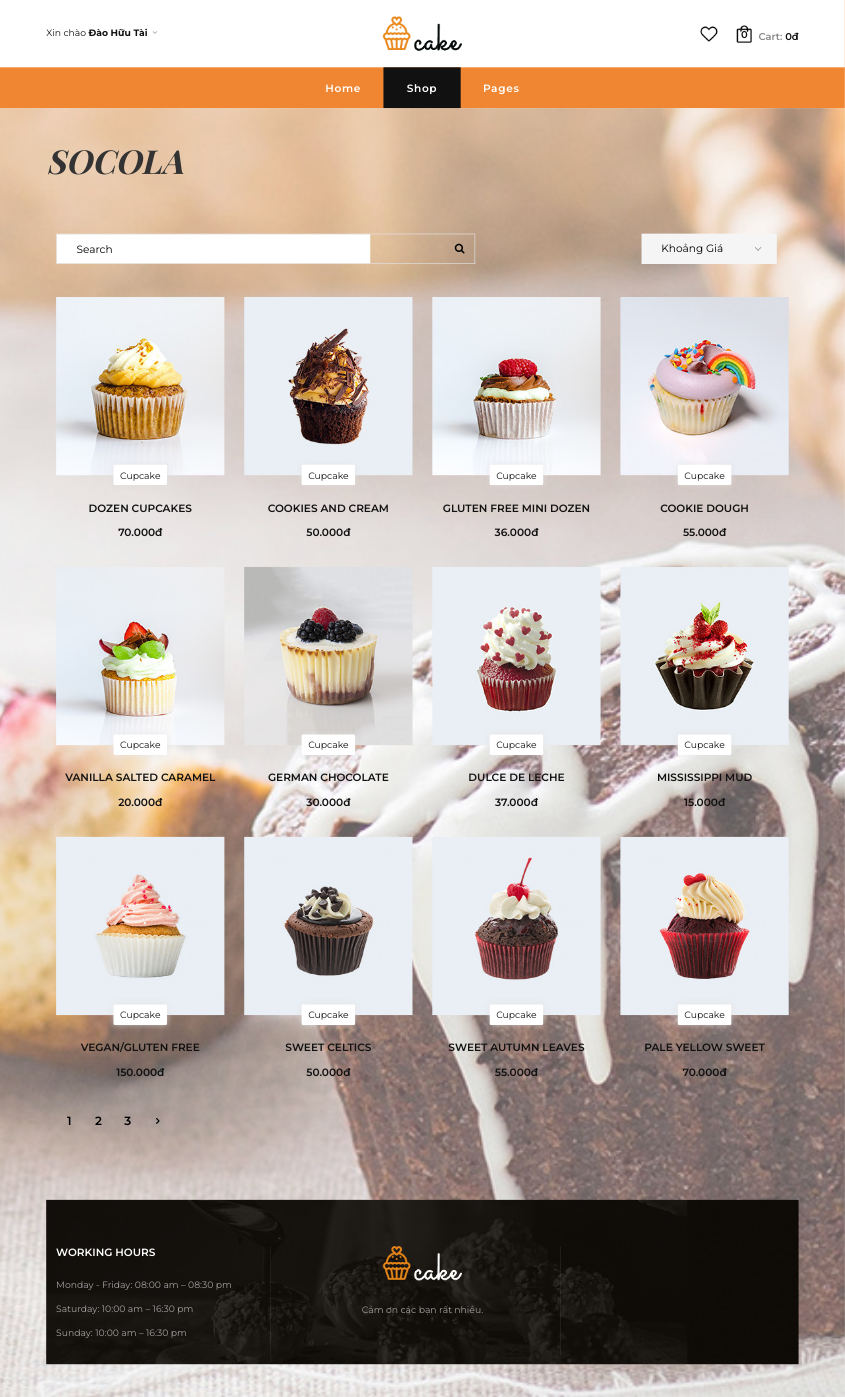
Repository: nhanto2n-byte/Nhom10ChieuThu3
Page: ProjectWeb/cake-main/shop-socola.html
These files come from the project's save history. The page is drawn as it stood at one moment and after the next save; the edit follows.
The browser window is 1280 px wide. The pictures show the whole page, at 66% of full size.

Above is the page before, as saved 2025-11-03 22:02:56.

After the next save:
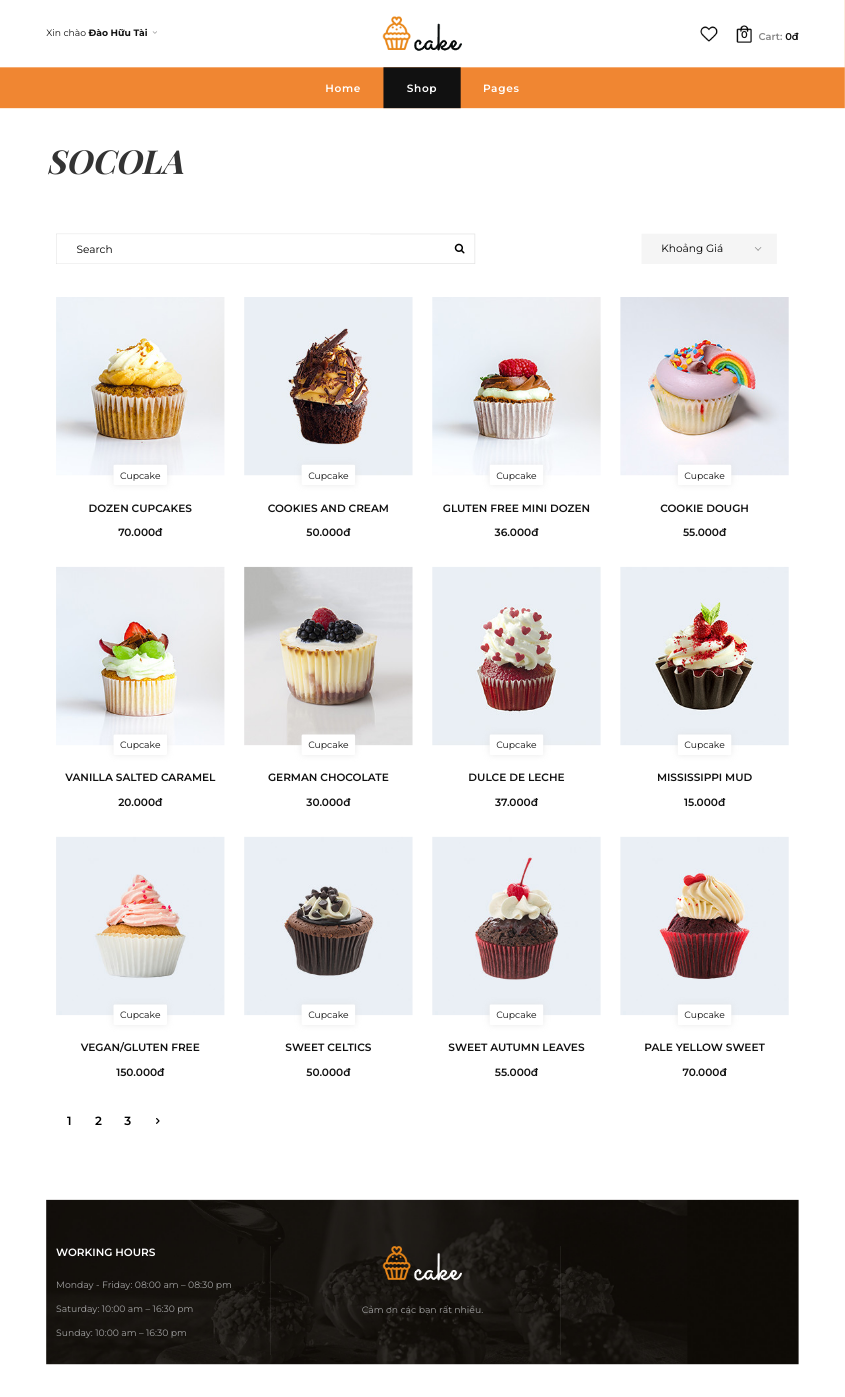
Saved 61 s later.
--- a/ProjectWeb/cake-main/shop-socola.html
+++ b/ProjectWeb/cake-main/shop-socola.html
@@ -187,7 +187,7 @@
 <div class="breadcrumb-option"
      style="
         padding: 50px 0;
-        background-image: url('img/hero/hero-1.jpg');
+        background-image: url('#');
         background-size: cover;
         background-position: center;
         background-repeat: no-repeat;
